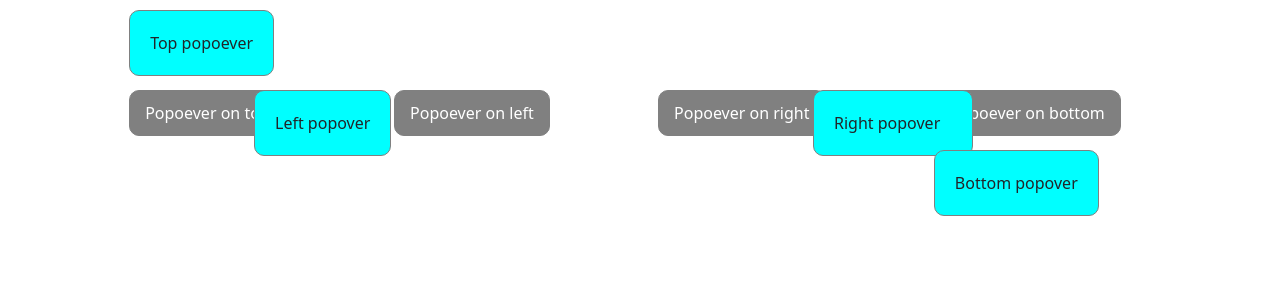
Repository: 1509Long/1509long.github.io
Page: exam.html
The author's editor kept a copy of each file at every save. The page is drawn from the files as they stood at one save, then again after the next save.
The browser window is 1280 px wide. The pictures show the whole page.

Above is the page before, as saved 2022-05-24 21:03:46.

### exam.html
<!DOCTYPE html>
<html lang="en">
  <head>
    <title>Title</title>
    <!-- Required meta tags -->
    <meta charset="utf-8" />
    <meta
      name="viewport"
      content="width=device-width, initial-scale=1, shrink-to-fit=no"
    />

    <!-- Bootstrap CSS v5.0.2 -->
    <link
      rel="stylesheet"
      href="https://cdn.jsdelivr.net/npm/bootstrap@5.0.2/dist/css/bootstrap.min.css"
      integrity="sha384-EVSTQN3/azprG1Anm3QDgpJLIm9Nao0Yz1ztcQTwFspd3yD65VohhpuuCOmLASjC"
      crossorigin="anonymous"
    />
    <style>

      body {
        margin: 90px;
      }
      /* .toggle-top , .toggle-bottom , .toggle-left , .toggle-right {
        visibility: hidden;
      } */

      #button {
        color: #fff;
        background-color: grey;
        padding: 10px 15px;
        border: 1px solid grey;
        border-radius: 10px;
        margin-right: 30px
      }

      .box {
        padding: 20px;
        border: 1px solid grey;
        border-radius: 10px;
      }

      .toggle-top {
        position: absolute;
        top: -80px;
        left: 0;
        z-index: 1000;
        background-color: aqua;
      }

      .toggle-bottom {
        position: absolute;
        top: 60px;
        left: 0;
        z-index: 1000;
        background-color: aqua;
      }

      .toggle-left {
        position: absolute;
        top: 0;
        left: -140px;
        z-index: 1000;
        background-color: aqua;
      }

      .toggle-right {
        position: absolute;
        top: 0;
        left: 155px;
        z-index: 1000;
        background-color: aqua;
      }

      #right {
        width: 160px;
      }

      .box1 , .box2 , .box3 , .box4 {
        position: relative;
      }


    </style>
  </head>
  <body>
      <div class="d-flex justify-content-around">
        <div class="box1">
          <button id="button" onclick="boxA()">Popoever on top</button>
          <div class="toggle-top box" id="top">Top popoever</div>
        </div>

        <div class="box3">
          <button id="button" onclick="boxC()">Popoever on left</button>
          <div class="toggle-left box" id="left">Left popover</div>
        </div>

        <div class="box4">
          <button id="button" onclick="boxD()">Popoever on right</button>
          <div class="toggle-right box" id="right">Right popover</div>
        </div>

        <div class="box2">
          <button id="button" onclick="boxB()">Popoever on bottom</button>
          <div class="toggle-bottom box" id="bottom">Bottom popover</div>
        </div>
      </div>



    <!-- Bootstrap JavaScript Libraries -->
    <script src="https://unpkg.com/@popperjs/core@2"></script>
    <script
      src="https://cdn.jsdelivr.net/npm/@popperjs/core@2.9.2/dist/umd/popper.min.js"
      integrity="sha384-IQsoLXl5PILFhosVNubq5LC7Qb9DXgDA9i+tQ8Zj3iwWAwPtgFTxbJ8NT4GN1R8p"
      crossorigin="anonymous"
    ></script>
    <script
      src="https://cdn.jsdelivr.net/npm/bootstrap@5.0.2/dist/js/bootstrap.min.js"
      integrity="sha384-cVKIPhGWiC2Al4u+LWgxfKTRIcfu0JTxR+EQDz/bgldoEyl4H0zUF0QKbrJ0EcQF"
      crossorigin="anonymous"
    ></script>

    <!-- <script>
      function boxA () {
        let click = document.getElementById("top");
        console.log(click);
        click.classList.toggle("toggle-top");
      }

      function boxB () {
        let click = document.getElementById("bottom");
        console.log(click);
        click.classList.toggle("toggle-bottom");
      }

      function boxC () {
        let click = document.getElementById("left");
        console.log(click);
        click.classList.toggle("toggle-left");
      }

      function boxD () {
        let click = document.getElementById("right");
        console.log(click);
        click.classList.toggle("toggle-right");
      }
    </script> -->
  </body>
</html>

After the next save:
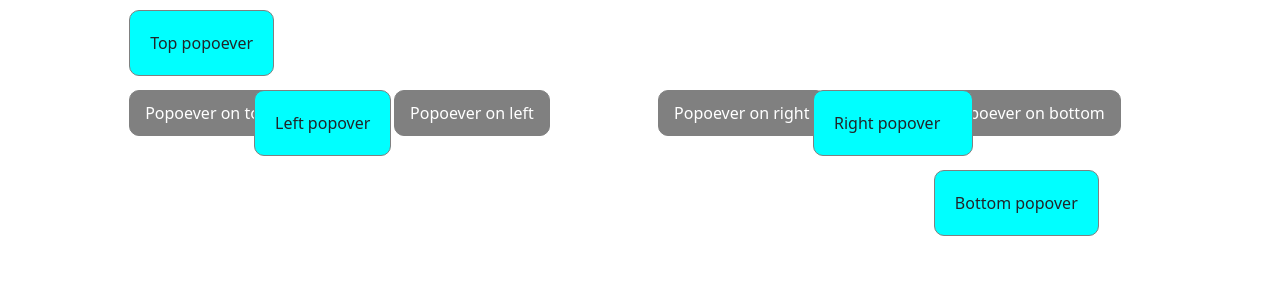
Saved 15 s later.
--- a/exam.html
+++ b/exam.html
@@ -50,7 +50,7 @@
 
       .toggle-bottom {
         position: absolute;
-        top: 60px;
+        top: 80px;
         left: 0;
         z-index: 1000;
         background-color: aqua;
